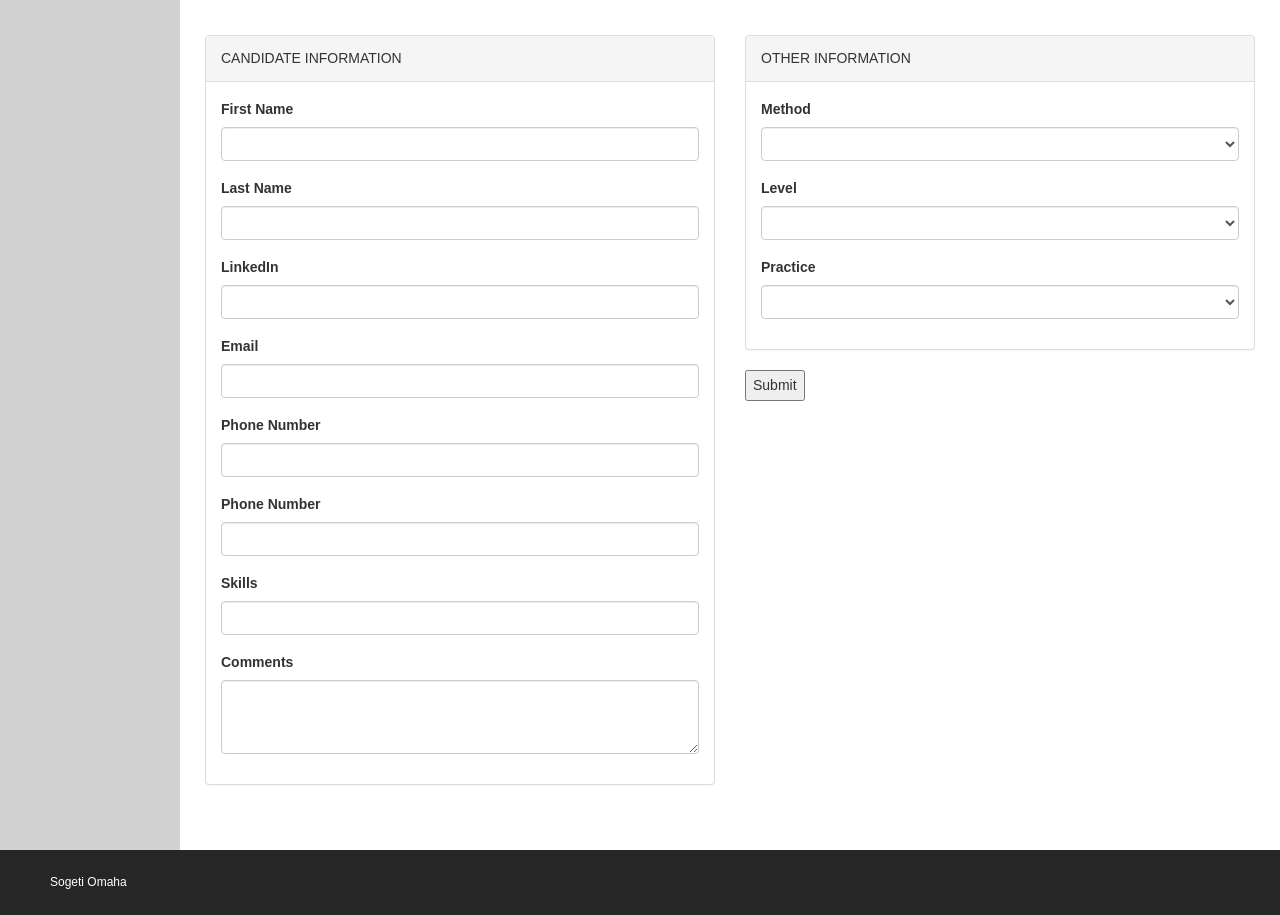
Repository: prasanana/Omaha-Sogeti-Recruiting
Page: http://localhost/Omaha_Sogeti_Recruitment/UpdateCandidateDetail.jsp
An editor plug-in stored every save of this project. The page is shown before and after the next save, followed by the edit.
The browser window is 1280 px wide. The pictures show the whole page.
Some web fonts or font styles are not loaded; a fallback is used. The page is served by Tomcat 9. The template is opened directly, without the code that normally fills it, so the values that code supplies are empty.

Above is the page before, as saved 2015-03-27 17:07:06.
Console error: TypeError: $(...).bind(...).autocomplete is not a function

After the next save:
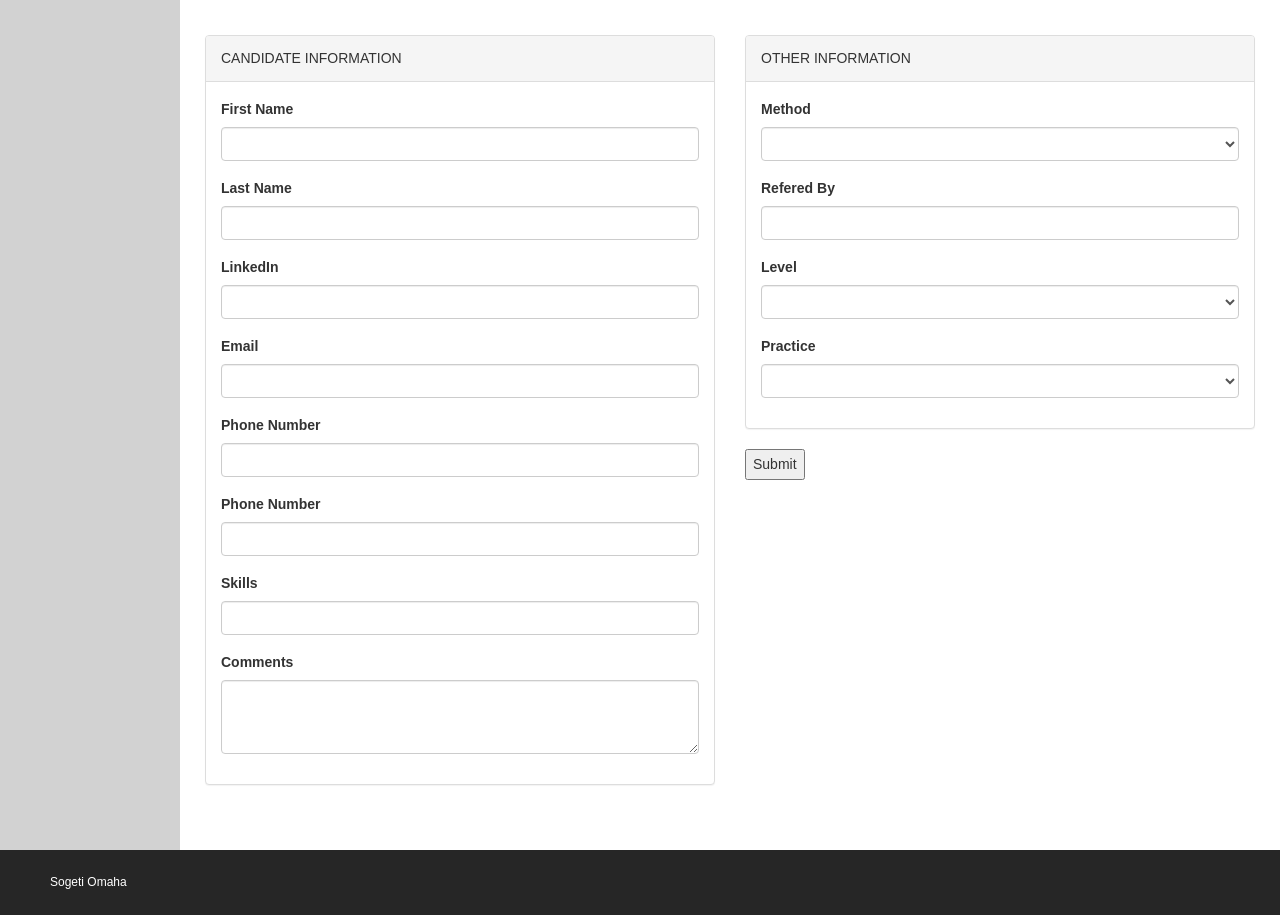
Saved 116 s later.
--- a/OmahaSogetiRecruitingWS/Omaha_Sogeti_Recruitment/WebContent/javascript/UpdateCandidateDetail.js
+++ b/OmahaSogetiRecruitingWS/Omaha_Sogeti_Recruitment/WebContent/javascript/UpdateCandidateDetail.js
@@ -1,6 +1,6 @@
 function UpdateCandidateOnLoad(){
 	//changed
-	document.getElementById("referrer").style.display = 'none';
+	document.getElementById("referrer").style.display = 'block';
 
 	autoCompleteSkills();
 
